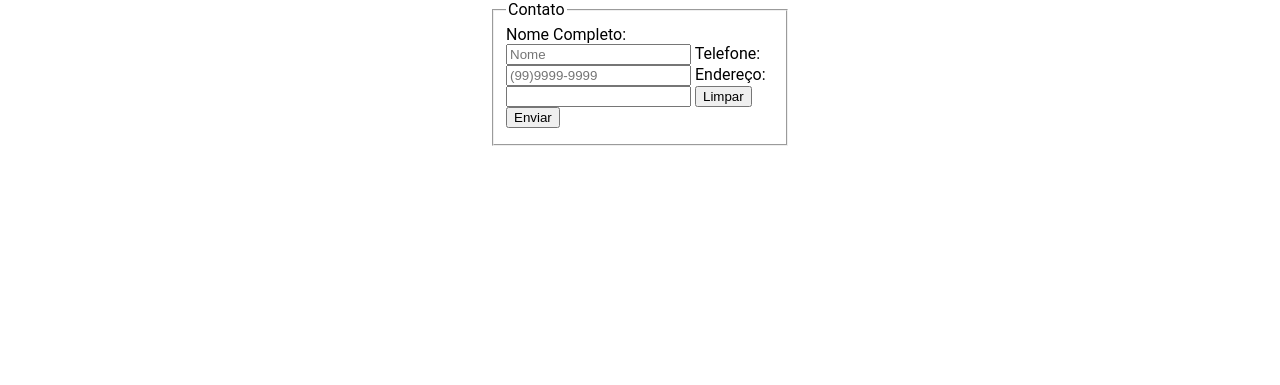
Repository: PedroViniciusVeiga/ProjetoColdigo
Page: exemploServlet/WebContent/contato.html
The author's editor kept a copy of each file at every save. The page is drawn from the files as they stood at one save, then again after the next save.
The browser window is 1280 px wide. The pictures show the whole page.

Above is the page before, as saved 2021-04-07 23:06:52.

After the next save:
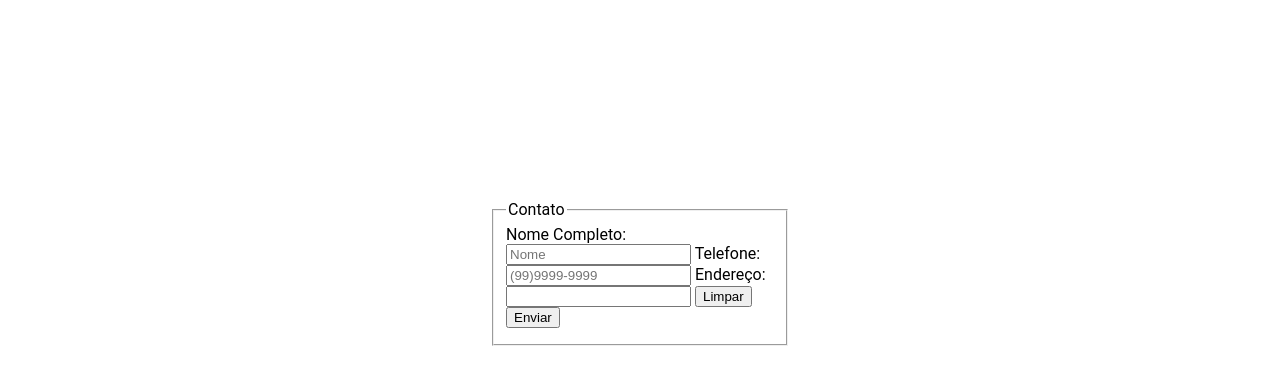
Saved 23 s later.
--- a/exemploServlet/WebContent/css/siteContato.css
+++ b/exemploServlet/WebContent/css/siteContato.css
@@ -16,7 +16,8 @@ section{
 
 .blocoForm{
 	float:left;
-	width: 100%;;
+	width: 100%;
+	margin-top: 200px;
 
 }
 
